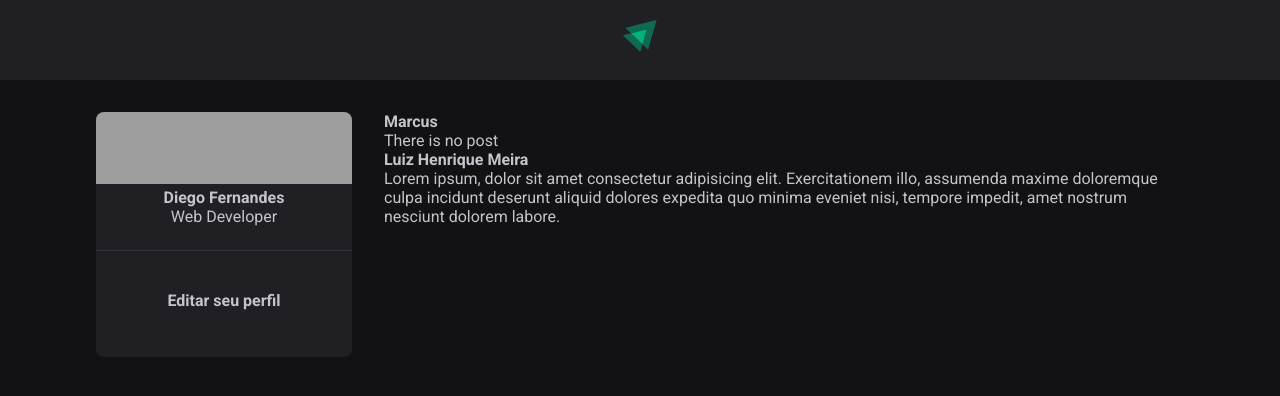
Repository: LuizHMAL/IGNITEFEED
Page: /
The author's editor kept a copy of each file at every save. The page is drawn from the files as they stood at one save, then again after the next save.
The browser window is 1280 px wide. The pictures show the whole page.
Pictures or frames that could not be fetched are drawn as grey boxes. The project was rebuilt for these pictures with package versions that can differ from the ones it lists, and the page was loaded fresh each time. Also part of the build but not shown: vite.config.js.

Above is the page before, as saved 2023-10-04 16:06:52.

### index.html
<!doctype html>
<html lang="en">
  <head>
    <meta charset="UTF-8" />

    <link rel="preconnect" href="https://fonts.googleapis.com" />
    <link rel="preconnect" href="https://fonts.gstatic.com" crossorigin />

    <link rel="icon" type="image/svg+xml" href="/src/favicon.svg" />
    <meta name="viewport" content="width=device-width, initial-scale=1.0" />

    <link href="https://fonts.googleapis.com/css2?family=Roboto:wght@400;700&display=swap" rel="stylesheet" />

    <title>Vite + React</title>
  </head>
  <body>
    <div id="root"></div>
    <script type="module" src="/src/main.jsx"></script>
  </body>
</html>

### src/App.jsx
import { Header } from './components/Header';
import { Post } from './Post'

import styles from './App.module.css';

import './global.css';
import { Sidebar } from './components/Sidebar';

export function App() {
  return (
    <div>
      <Header />

      <div className={styles.wrapper}>
        <Sidebar />
        <main>
          <Post
            author="Marcus "
            content="There is no post"
          />
          <Post
            author="Luiz Henrique Meira"
            content="Lorem ipsum, dolor sit amet consectetur adipisicing elit. Exercitationem illo, assumenda maxime doloremque culpa incidunt deserunt aliquid dolores expedita quo minima eveniet nisi, tempore impedit, amet nostrum nesciunt dolorem labore.
            "
          />
        </main>
      </div>
    </div>
  )
}

### src/components/Header.jsx
import styles from './Header.module.css'
import igniteLogo from '../assets/ignite-logo.svg';
console.log(igniteLogo);
console.log(styles);

export function Header(){
    return(
        <header className={styles.header}>
            <img src= {igniteLogo} alt='Logotipo do Ignite' />
        </header>

    )
}

### src/Post.jsx
export function Post(props){
    return <div>
        <strong>{props.author}</strong>
        <p>{props.content}</p>
        </div>
}

### src/App.module.css
.wrapper {
    max-width: 70rem;
    margin: 2rem auto;
    padding: 0 1rem;

    display: grid;
    grid-template-columns: 256px 1fr;
    gap: 2rem;
    align-items: flex-start;
  }

### src/global.css
:root {
    --white: #fff;
    --gray-100: #e1e1e6;
    --gray-300: #c4c4cc;
    --gray-400: #8d8d99;
    --gray-600: #323238;
    --gray-700: #29292e;
    --gray-800: #202024;
    --gray-900: #121214;

    --green-500: #00875f;
  }

  * {
    margin: 0;
    padding: 0;
    box-sizing: border-box;
  }

  body {
    background: var(--gray-900);
    color: var(--gray-300);
    -webkit-font-smoothing: antialiased;
  }

  body, input, textarea, button {
    font-family: "Roboto", sans-serif;
    font-weight: 400;
    font-size: 1rem;
  }

### src/components/Sidebar.jsx
import styles from './Sidebar.module.css';

export function Sidebar() {
  return (
    <aside className={styles.sidebar}>
      <img
        className={styles.cover}
        src="https://images.unsplash.com/photo-1605379399642-870262d3d051?ixlib=rb-1.2.1&ixid=MnwxMjA3fDB8MHxwaG90by1wYWdlfHx8fGVufDB8fHx8&auto=format&fit=crop&w=500&q=50"
      />

      <div className={styles.profile}>
        <strong>Diego Fernandes</strong>
        <span>Web Developer</span>
      </div>

      <footer>
        <a href="#">
          Editar seu perfil
        </a>
      </footer>
    </aside>
  );
}

### src/components/Header.module.css
.header {
    background: #333;
    height: 80px;
    background: var(--gray-800);
    display: flex;
    justify-content: center;
    padding: 1.25rem 0;
  }

  .header img {
    height: 2rem;
  }

### src/components/Sidebar.module.css
.sidebar {
    background: var(--gray-800);
    border-radius: 8px;
    overflow: hidden;
  }

  .cover {
    width: 100%;
    height: 72px;
    object-fit: cover;
  }

  .profile {
    display: flex;
    flex-direction: column;
    align-items: center;
  }

  .sidebar footer {
    border-top: 1px solid var(--gray-600);
    margin-top: 1.5rem;
    padding: 1.5rem 2rem 2rem;
  }

  .sidebar footer a {
    width: 100%;
    background: transparent;
    color: var(--brand-500);
    border: 1px solid var(--brand-500);
    border-radius: 8px;
    height: 50px;
    padding: 0 1.5rem;
    font-weight: bold;
    display: block;

    text-decoration: none;

    display: flex;
    align-items: center;
    justify-content: center;
  }

Loaded but not shown: src/main.jsx (common file)

After the next save:
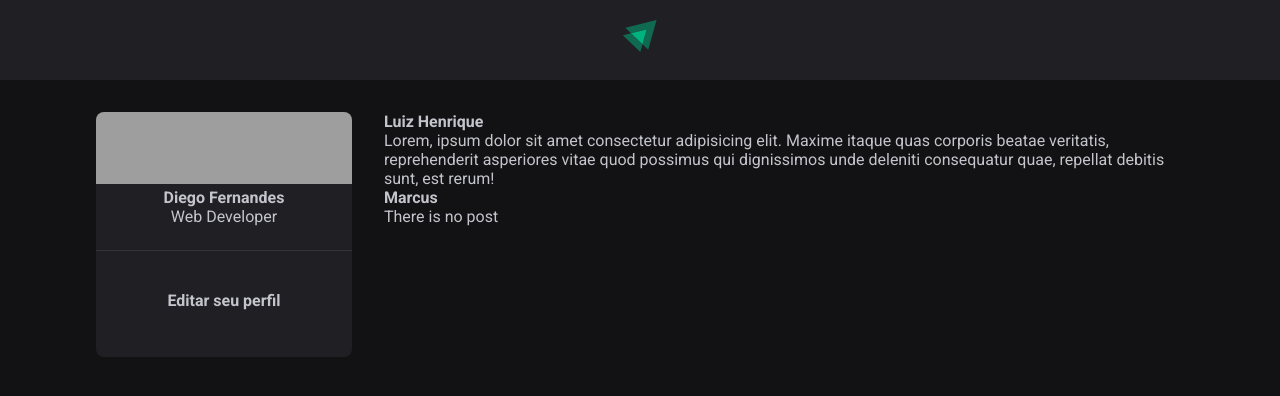
Saved 2 min 23 s later.
--- a/src/App.jsx
+++ b/src/App.jsx
@@ -15,13 +15,12 @@ export function App() {
         <Sidebar />
         <main>
           <Post
-            author="Marcus "
-            content="There is no post"
+            author="Luiz Henrique"
+            content="Lorem, ipsum dolor sit amet consectetur adipisicing elit. Maxime itaque quas corporis beatae veritatis, reprehenderit asperiores vitae quod possimus qui dignissimos unde deleniti consequatur quae, repellat debitis sunt, est rerum!"
           />
           <Post
-            author="Luiz Henrique Meira"
-            content="Lorem ipsum, dolor sit amet consectetur adipisicing elit. Exercitationem illo, assumenda maxime doloremque culpa incidunt deserunt aliquid dolores expedita quo minima eveniet nisi, tempore impedit, amet nostrum nesciunt dolorem labore.
-            "
+            author="Marcus"
+            content="There is no post"
           />
         </main>
       </div>
